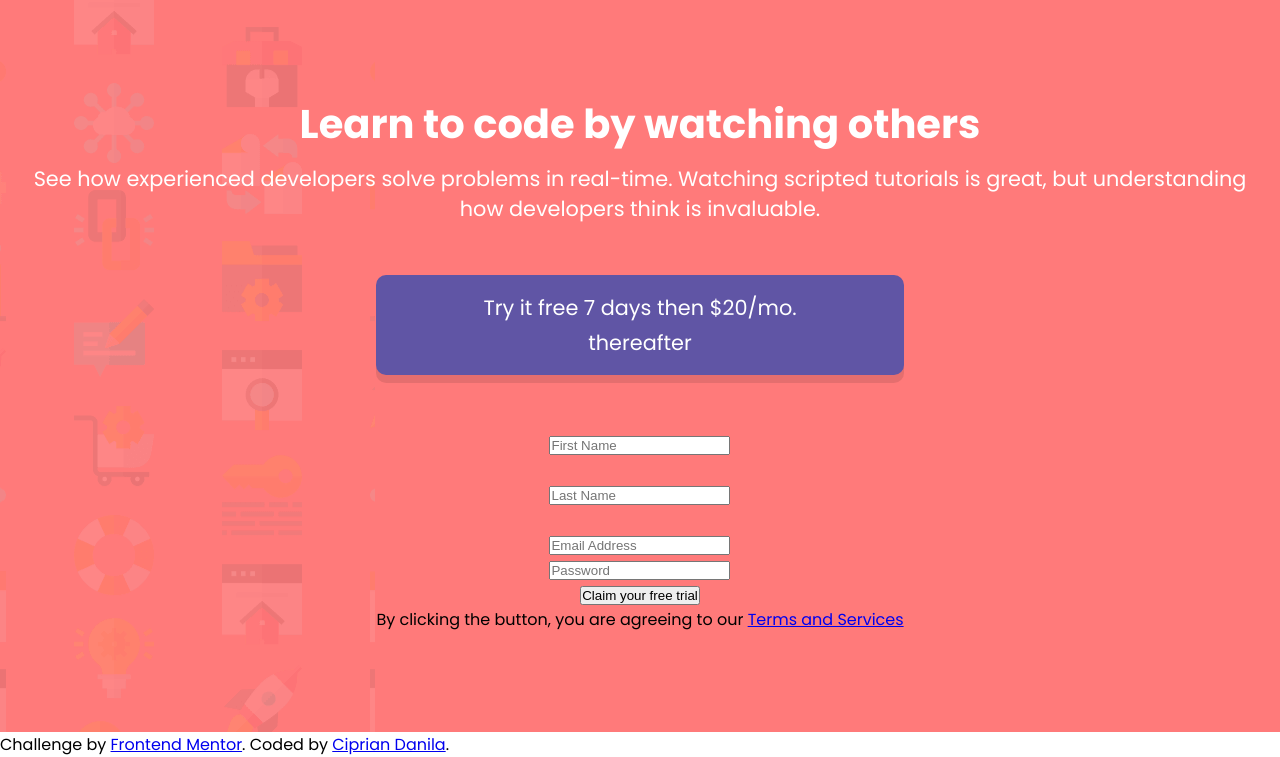
Repository: cipdanila/intro-component-with-sign-up-form
Page: index.html
An editor plug-in stored every save of this project. The page is shown before and after the next save, followed by the edit.
The browser window is 1280 px wide. The pictures show the whole page.

Above is the page before, as saved 2024-02-14 20:29:59.

After the next save:
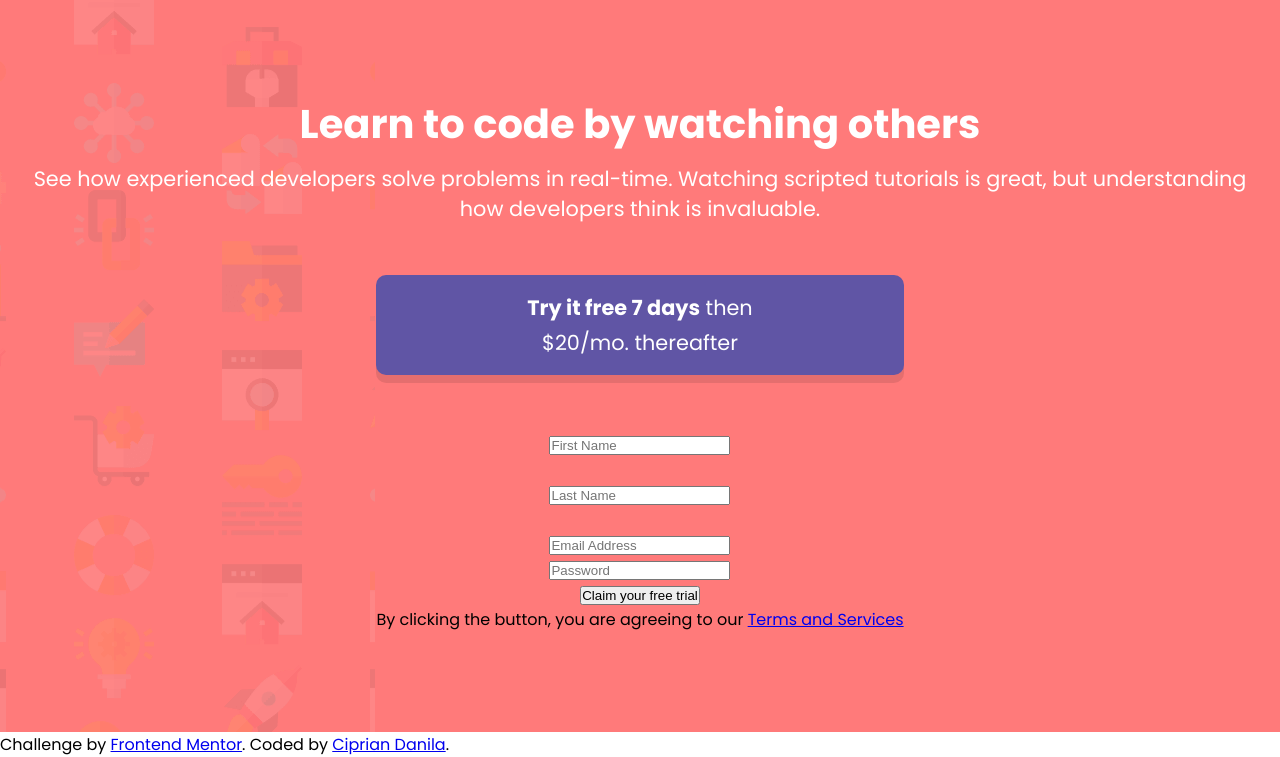
Saved 14 s later.
--- a/css/styles.css
+++ b/css/styles.css
@@ -95,7 +95,9 @@
     line-height: 2.2rem;
 }
 
-.form-container .top-box
+.form-container .top-box p span {
+    font-weight: 700;
+}
 
 /*
 
@@ -109,7 +111,6 @@
 
 
 .price-title > span {
-    font-weight: 700;
     margin-right: 0.25rem;
 }
 
